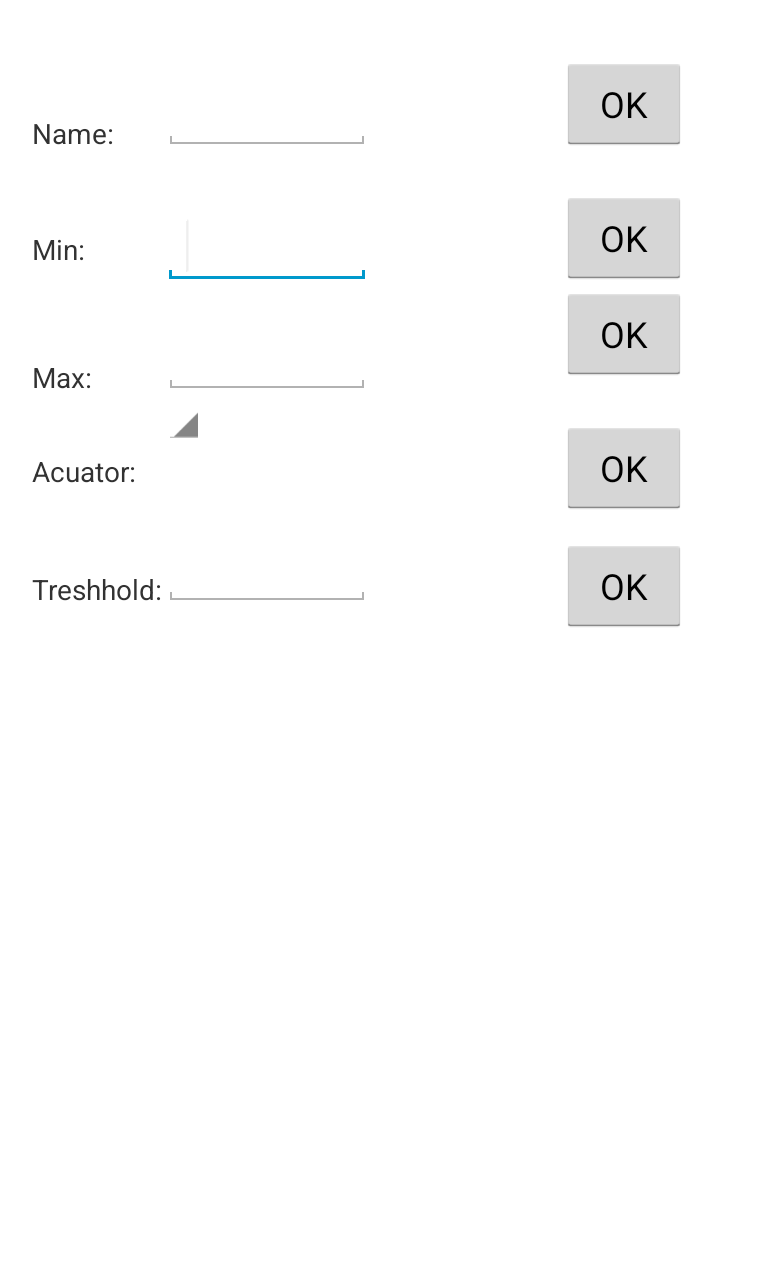
Repository: CTIS-SP-Team5/greenAgent
Layout: Android/GreenAgent/GreenAgent/res/layout/activity_view_setting.xml
An editor plug-in stored every save of this project. The layout is shown before and after the next save, followed by the edit.
It is drawn on a 768 x 1280 px phone screen (xhdpi) without system bars, with theme AppTheme; the app's code is not run.

Above is the layout before, as saved 2014-05-05 18:05:12.

After the next save:
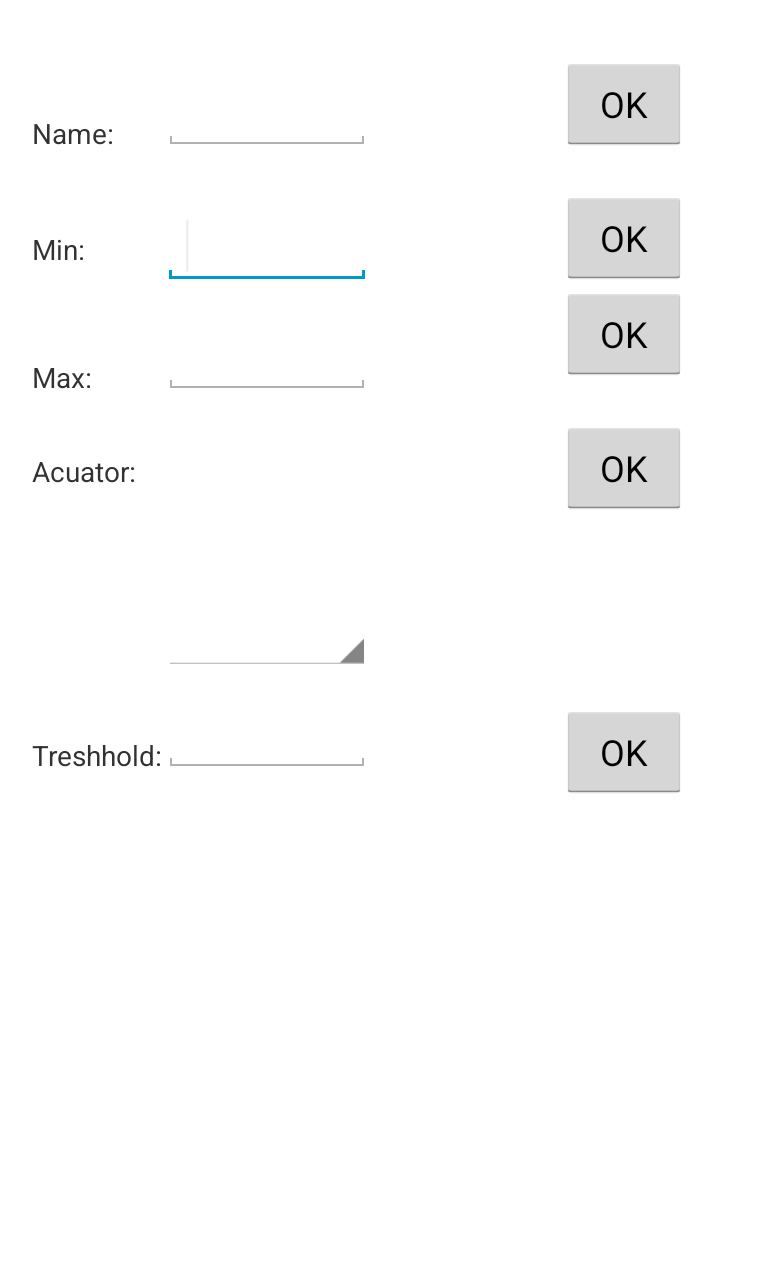
Saved 34 s later.
--- a/Android/GreenAgent/GreenAgent/res/layout/activity_view_setting.xml
+++ b/Android/GreenAgent/GreenAgent/res/layout/activity_view_setting.xml
@@ -7,15 +7,6 @@
     android:paddingRight="@dimen/activity_horizontal_margin"
     android:paddingTop="@dimen/activity_vertical_margin"
     tools:context=".ViewSettingActivity" >
-
-    <TextView
-        android:id="@+id/textView5"
-        android:layout_width="wrap_content"
-        android:layout_height="wrap_content"
-        android:layout_alignLeft="@+id/textView4"
-        android:layout_below="@+id/textView4"
-        android:layout_marginTop="40dp"
-        android:text="Treshhold:" />
 
     <TextView
         android:id="@+id/textView4"
@@ -88,6 +79,14 @@
         android:layout_toRightOf="@+id/textView5"
         android:ems="5" />
 
+    <Spinner
+        android:id="@+id/spinner1"
+        android:layout_width="wrap_content"
+        android:layout_height="wrap_content"
+        android:layout_alignLeft="@+id/editText5"
+        android:layout_alignRight="@+id/editText5"
+        android:layout_centerVertical="true" />
+
     <Button
         android:id="@+id/button3"
         android:layout_width="wrap_content"
@@ -131,11 +130,13 @@
         android:layout_alignLeft="@+id/button4"
         android:text="OK" />
 
-    <Spinner
-        android:id="@+id/spinner1"
+    <TextView
+        android:id="@+id/textView5"
         android:layout_width="wrap_content"
         android:layout_height="wrap_content"
-        android:layout_below="@+id/button3"
-        android:layout_toRightOf="@+id/textView5" />
+        android:layout_alignLeft="@+id/textView4"
+        android:layout_below="@+id/spinner1"
+        android:layout_marginTop="32dp"
+        android:text="Treshhold:" />
 
 </RelativeLayout>
